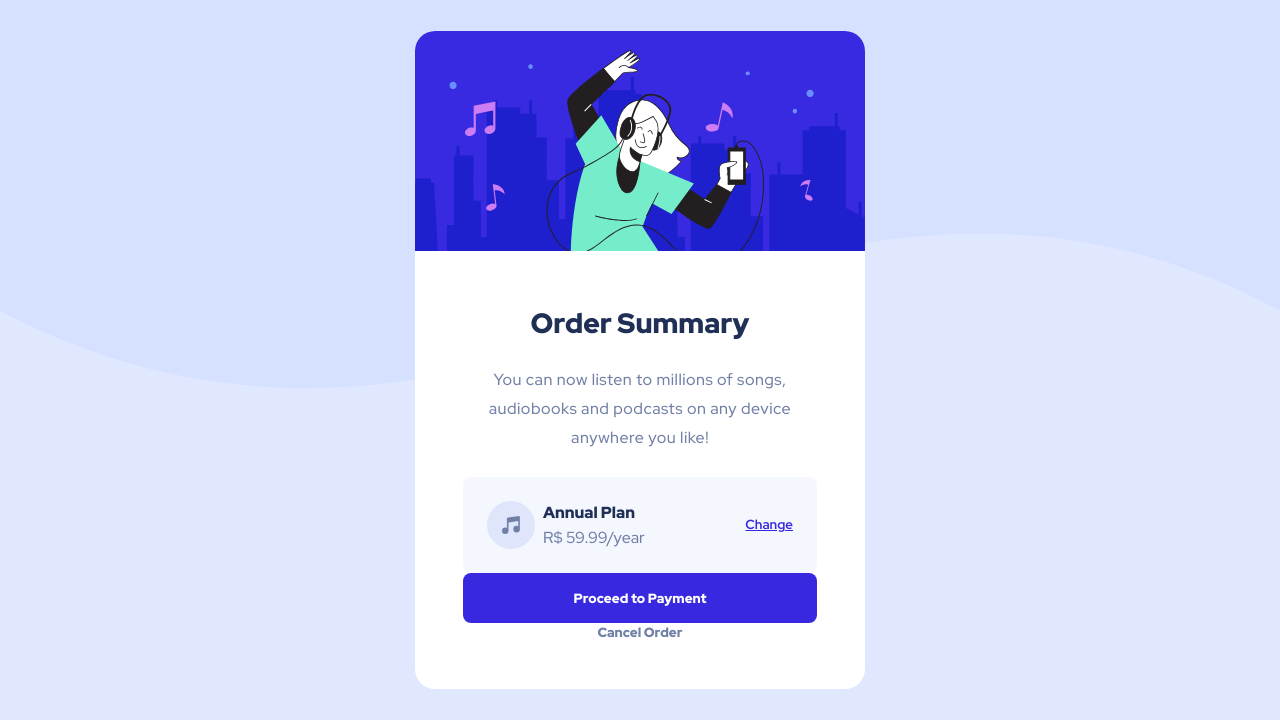
Repository: gccavalheiro/order-summary-card
Page: index.html
The author's editor kept a copy of each file at every save. The page is drawn from the files as they stood at one save, then again after the next save.
The browser window is 1280 px wide. The pictures show the whole page.

Above is the page before, as saved 2021-12-17 02:27:26.

### index.html
<!DOCTYPE html>
<html lang="en">

<head>
  <meta charset="UTF-8" />
  <meta http-equiv="X-UA-Compatible" content="IE=edge" />
  <meta name="viewport" content="width=device-width, initial-scale=1.0" />
  <link rel="preconnect" href="https://fonts.googleapis.com">
  <link rel="preconnect" href="https://fonts.gstatic.com" crossorigin>
  <link href="https://fonts.googleapis.com/css2?family=Red+Hat+Display:wght@500;700;900&display=swap" rel="stylesheet">
  <link rel="icon" type="image/png" sizes="32x32" href="./images/favicon-32x32.png" />
  <title>Frontend Mentor | Order summary card</title>
  <link rel="stylesheet" href="./assets/css/main.css" />
</head>

<body>
  <main>
    <div class="card">
      <div class="card-header">
        <img src="./assets/images/illustration-hero.svg" alt="Illustration Woman">
      </div>
      <div class="card-body">
        <div class="card-info">
          <h1>Order Summary</h1>
          <p>You can now listen to millions of songs,
            audiobooks and podcasts on any device
            anywhere you like! </p>
        </div>
        <div class="card-plan">
          <div class="card-plan-detail">
            <div class="card-plan-icon-detail">
              <img src="./assets/images/icon-music.svg" alt="Icon Music" />
            </div>
            <div class="card-plan-info-detail">
              <h2>Annual Plan</h2>
              <p>R$ 59.99/year</p>
            </div>
          </div>
          <button class="card-plan-button">Change</button>
        </div>
        <button class="card-button-payment">Proceed to Payment</button>
        <button class="card-button-cancel">Cancel Order</button>
      </div>
    </div>
  </main>
</body>

</html>

### assets/css/main.css
:root {
  --primary-pale-blue: hsl(225, 100%, 94%);
  --secondary-bright-blue: hsl(245, 75%, 52%);
  --very-pale-blue:hsl(225, 100%, 98%);
  --desaturated-blue: hsl(224, 23%, 55%);
  --dark-blue: hsl(223, 47%, 23%);
  --variant-blue: hsl(245, 83%, 68%);
  --white: hsl(0, 0%, 100%);
}

* {
  margin: 0;
  padding: 0;
  outline: 0;
  box-sizing: border-box;
  text-rendering: optimizeLegibility;
  -webkit-font-smoothing: antialiased;
  -moz-osx-font-smoothing: grayscale;
}

body {
  font-family: 'Red Hat Display', sans-serif;
  font-size: 1rem;
  background-color: var(--primary-pale-blue);
  background-image: url('../images/pattern-background-desktop.svg');
  background-repeat: no-repeat;
  background-position: top center;
  background-size: contain;
}

img {
  width: 100%;
}

button {
  font-family: 'Red Hat Display', sans-serif;
  border: 0;
  cursor: pointer;
  background-color: transparent;
}

main {
  display: flex;
  align-items: center;
  justify-content: center;
  width: 100%;
  height: 100vh;
}

.card {
  display: flex;
  flex-direction: column;
  width: 100%;
  max-width: 450px;
  border-radius: 20px;
  background-color: var(--white);
}

.card-header {
  width: 100%;
  border-top-left-radius: 20px;
  border-top-right-radius: 20px;
  overflow: hidden;
}

.card-body {
  display: flex;
  flex-direction: column;
  align-items: center;
  padding: 48px;
}

.card-info {
  display: flex;
  flex-direction: column;
  align-items: center;
  text-align: center;
}

.card-info h1{
  font-size: 1.75rem;
  color: var(--dark-blue);
  font-weight: 900;
}

.card-info p{
  font-size: 1rem;
  color: var(--desaturated-blue);
  font-weight: 500;
  letter-spacing: 0.03em;
  line-height: 1.8;
  margin: 24px 0;
}

.card-plan {
  display: flex;
  align-items: center;
  justify-content: space-between;
  width: 100%;
  background-color: var(--very-pale-blue);
  padding: 24px;
  border-radius: 8px;
}

.card-plan-detail {
  display: flex;
  align-items: center;
}

.card-plan-icon-detail {
  width: 48px;
  height: 48px;
  min-width: 48px;
  min-height: 48px;
  border-radius: 50%;
  margin-right: 8px;
}

.card-plan-icon-detail img {
  object-fit: cover;
}

.card-plan-info-detail {
  display: flex;
  flex-direction: column;
}

.card-plan-info-detail h2, .card-plan-info-detail p {
  font-size: 1rem;
}
.card-plan-info-detail h2 {
  font-weight: 900;
  color: var(--dark-blue);
  margin-bottom: 4px;
}

.card-plan-info-detail p {
  color: var(--desaturated-blue);
  font-size: 700;
}

.card-plan-button {
  font-size: .825rem;
  color: var(--secondary-bright-blue);
  background-color: transparent;
  text-decoration: underline;
  font-weight: 700;
  border: 0;
  transition: .3s;
}

.card-plan-button:hover {
  color: var(--variant-blue);
}

.card-button-payment{
  font-weight: 900;
  padding: 16px 0;
  width: 100%;
  color: var(--white);
  background-color: var(--secondary-bright-blue);
  border-radius: 8px;
}

.card-button-payment:hover {
  background-color: var(--variant-blue);
}

.card-button-cancel{
  font-weight: 900;
  color: var(--desaturated-blue);
}

.card-button-cancel:hover {
  color: var(--dark-blue);
}

After the next save:
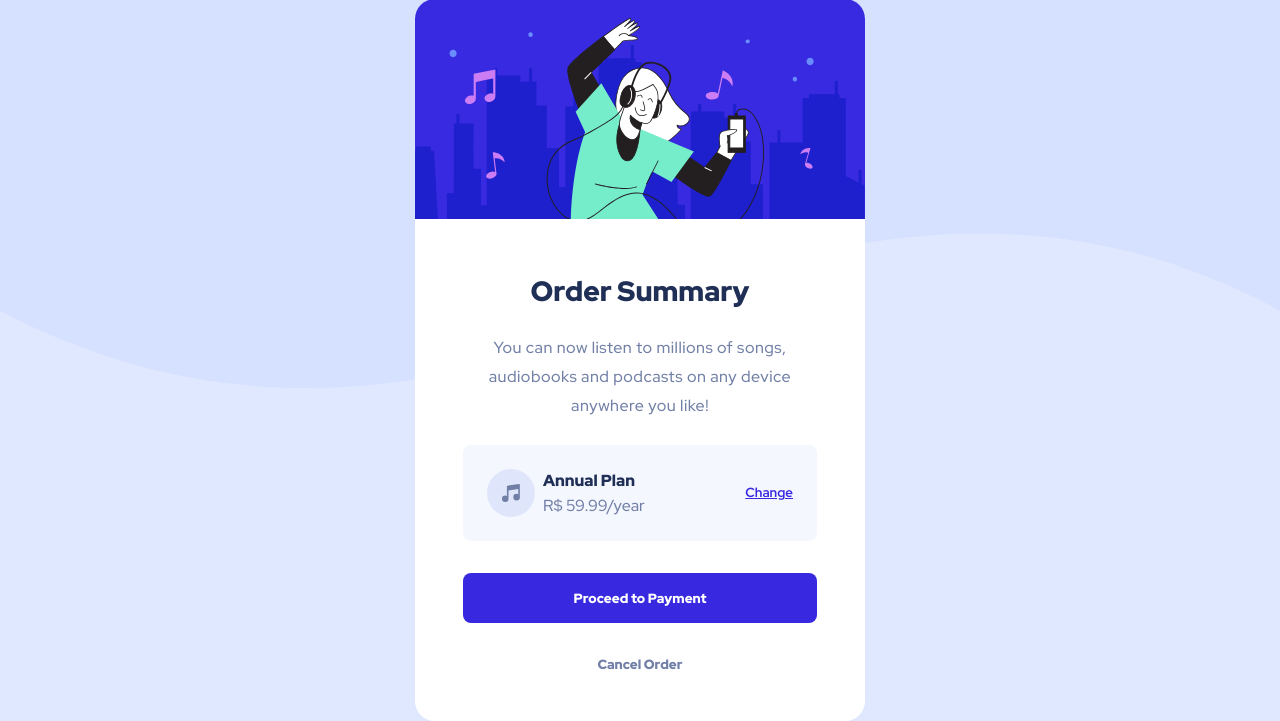
Saved 24 s later.
--- a/assets/css/main.css
+++ b/assets/css/main.css
@@ -160,6 +160,7 @@ main {
   color: var(--white);
   background-color: var(--secondary-bright-blue);
   border-radius: 8px;
+  margin: 32px 0;
 }
 
 .card-button-payment:hover {
